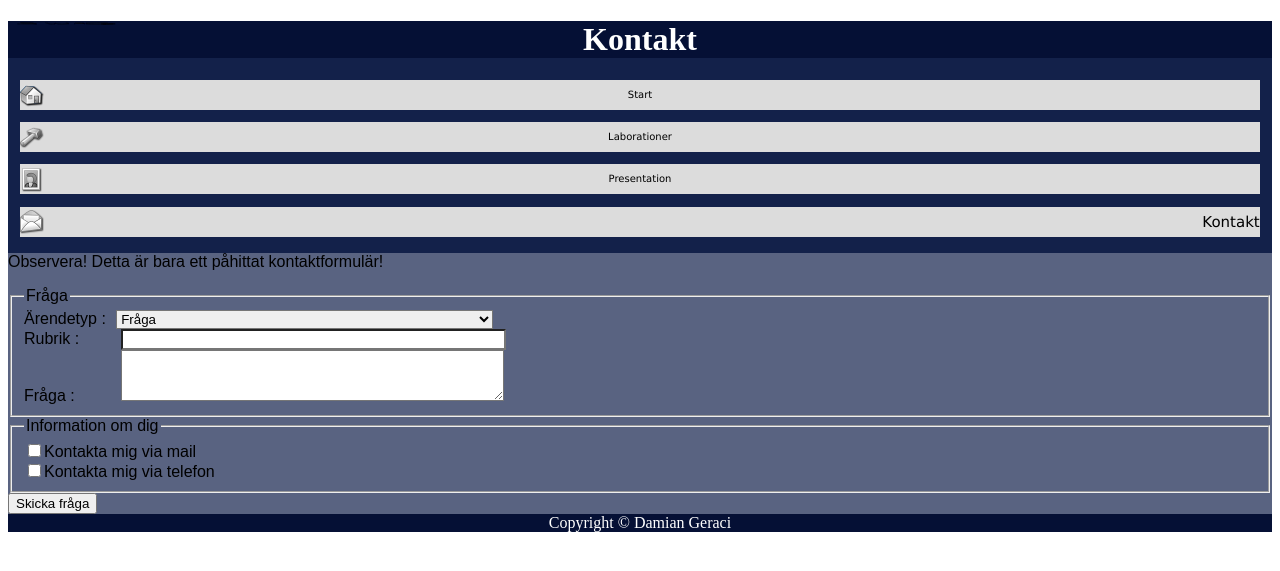
Repository: dg222dm/1ik415-laborationer
Page: pages/kontakt.html
The author's editor kept a record of every edit. The page is drawn from the files as they stood at one moment, then again after the next edit.
The browser window is 1280 px wide. The pictures show the whole page.

Above is the page before.

After the next edit:
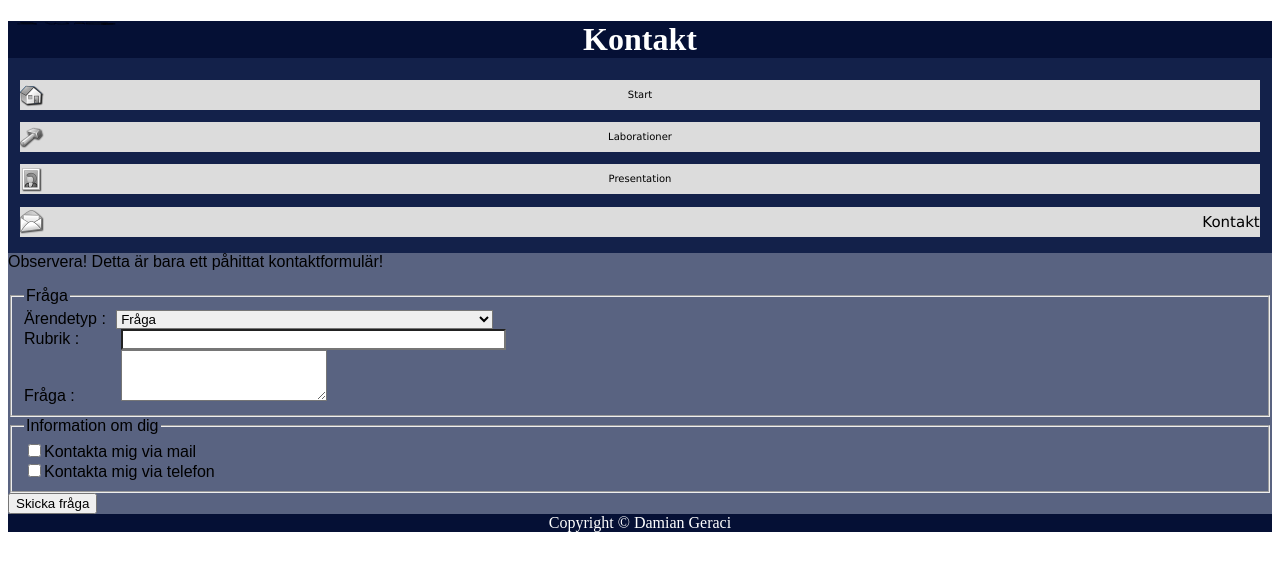
The edit:
--- a/css/mobile.css
+++ b/css/mobile.css
@@ -134,7 +134,7 @@
 }
 
 #text2 {
-    max-width:58.59%;
+    max-width:200px;
     width:30.57%;
     max-height:9.76%;
     border-radius:0.48%;
